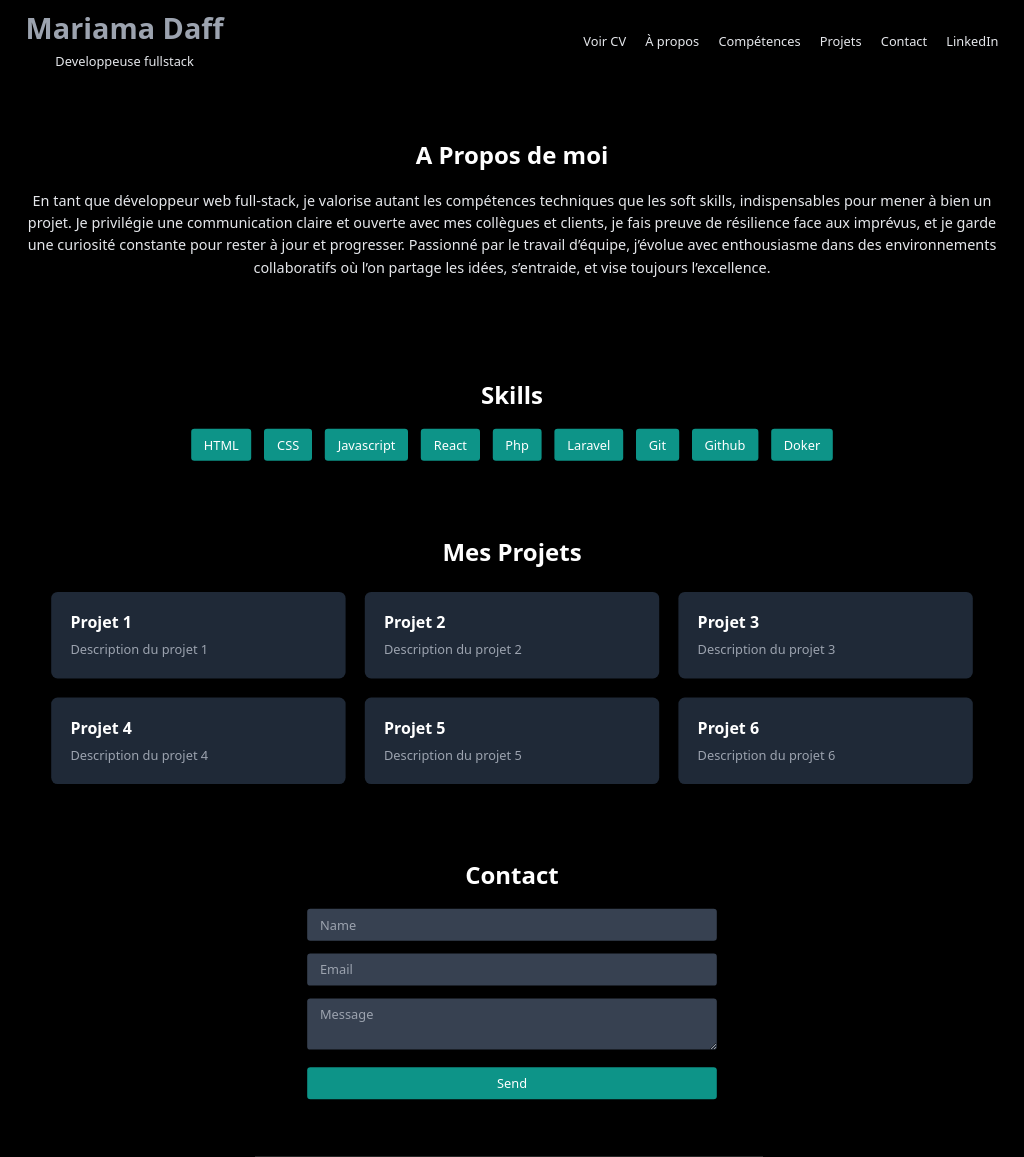
Repository: mariamdaff/Projets_Perso
Page: / (app in mon_portfolio/)
An editor plug-in stored every save of this project. The page is shown before and after the next save, followed by the edit.
The browser window is 1280 px wide. The pictures show the whole page, at 80% of full size.
The project was rebuilt for these pictures with package versions that can differ from the ones it lists, and the page was loaded fresh each time. Also part of the build but not shown: mon_portfolio/vite.config.js.

Above is the page before, as saved 2025-04-20 15:43:42.

After the next save:
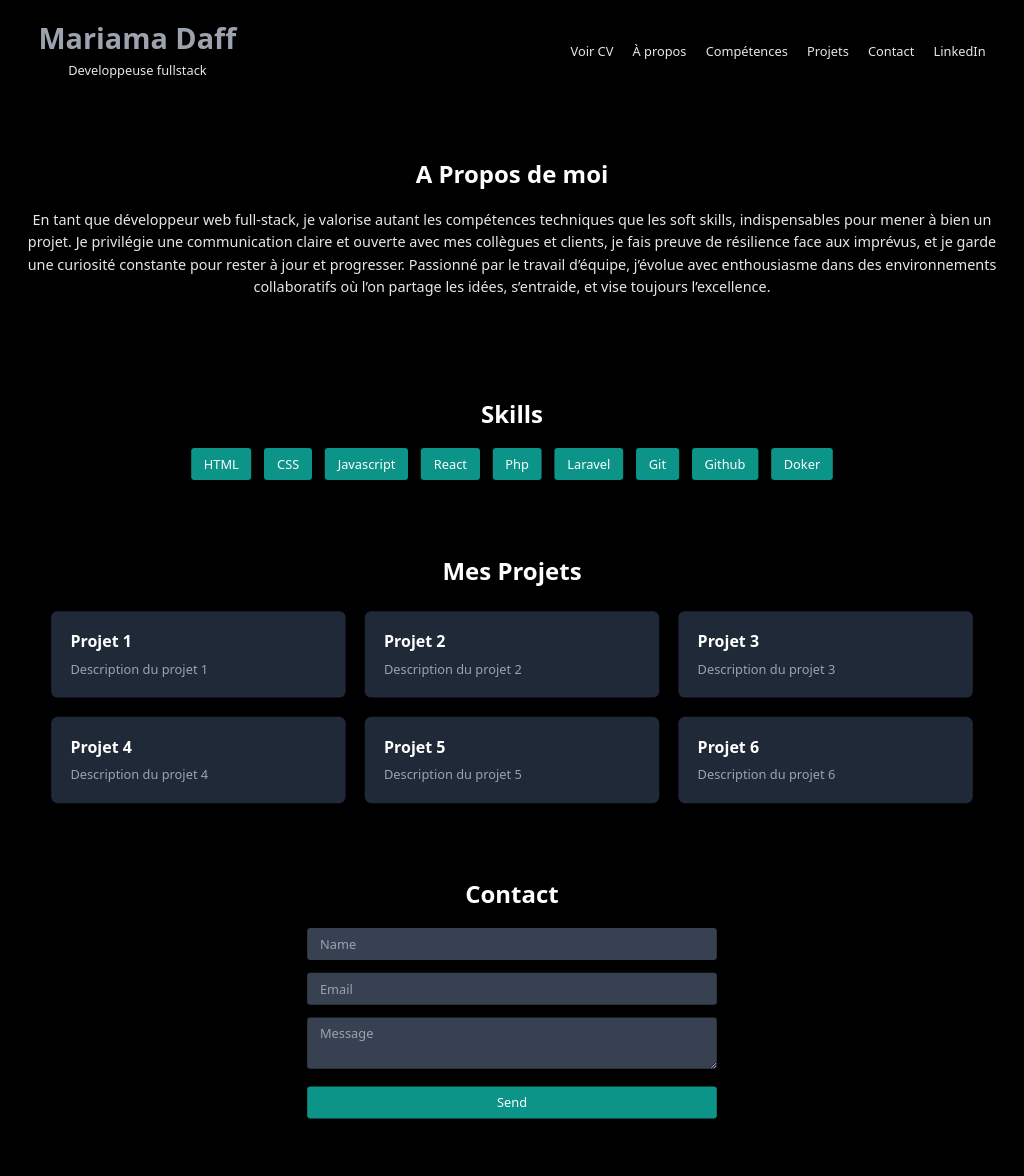
Saved 41 min 48 s later.
--- a/mon_portfolio/src/components/navBar/NavBarComponent.jsx
+++ b/mon_portfolio/src/components/navBar/NavBarComponent.jsx
@@ -8,7 +8,7 @@
 const NavbarElement = () => {
   return (
     <header className="bg-black text-gray-200 px-8 py-4 ">
-      <nav className=" flex justify-between items-center">
+      <nav className=" flex justify-between items-center sticky top-0 z-50 bg-black px-4 py-3 shadow-md">
         <div className='text-center'>
         <MonNom/>
         <Description/>

After the save that followed:
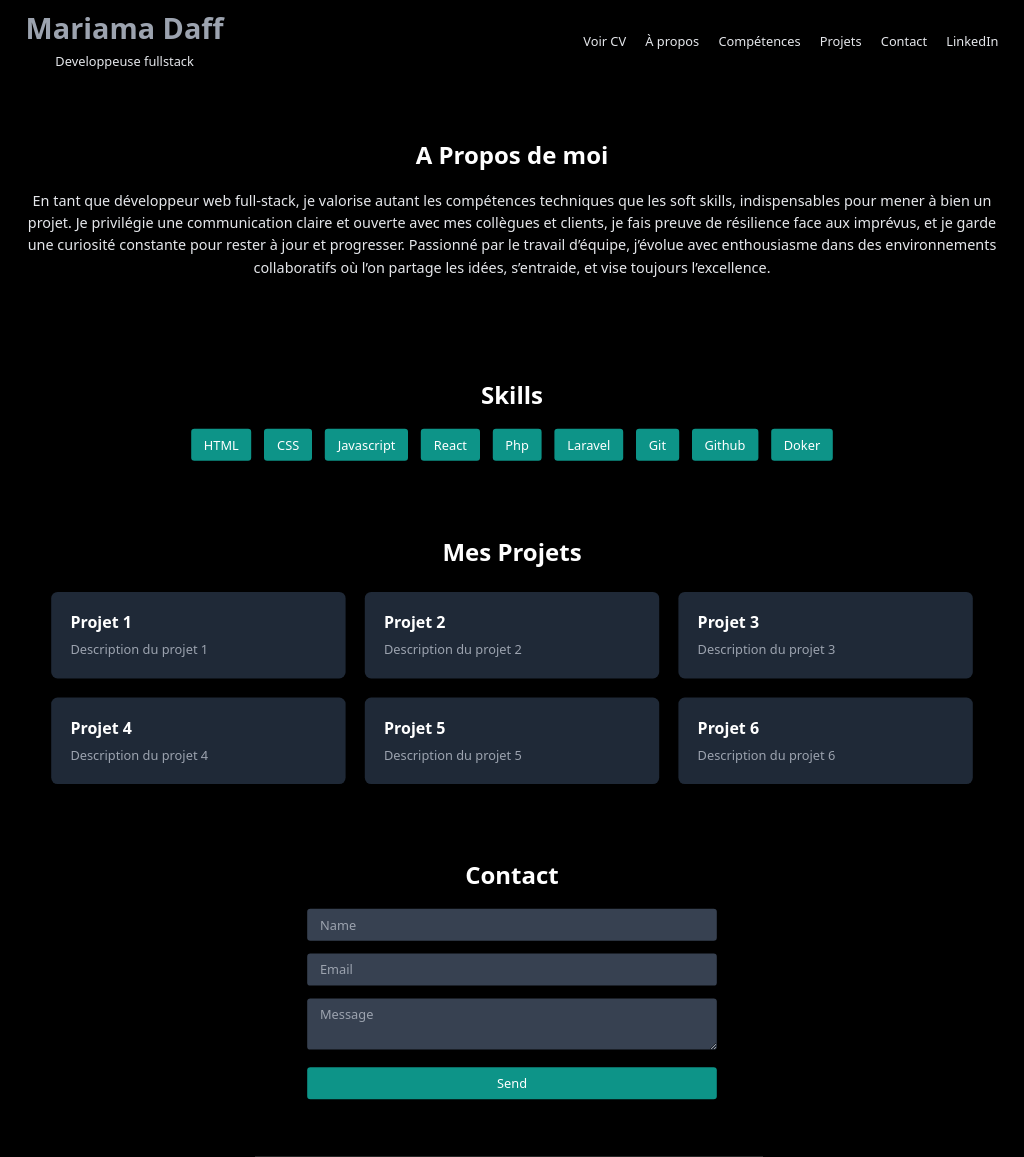
Saved 4 min 35 s later.
--- a/mon_portfolio/src/components/navBar/NavBarComponent.jsx
+++ b/mon_portfolio/src/components/navBar/NavBarComponent.jsx
@@ -7,11 +7,11 @@
 
 const NavbarElement = () => {
   return (
-    <header className="bg-black text-gray-200 px-8 py-4 ">
-      <nav className=" flex justify-between items-center sticky top-0 z-50 bg-black px-4 py-3 shadow-md">
-        <div className='text-center'>
-        <MonNom/>
-        <Description/>
+    <header className="sticky top-0 z-50 bg-black shadow-md">
+      <nav className="text-gray-200 px-8 py-4 flex justify-between items-center">
+        <div className="text-center">
+          <MonNom />
+          <Description />
         </div>
         <LiensDeNavigation />
       </nav>
